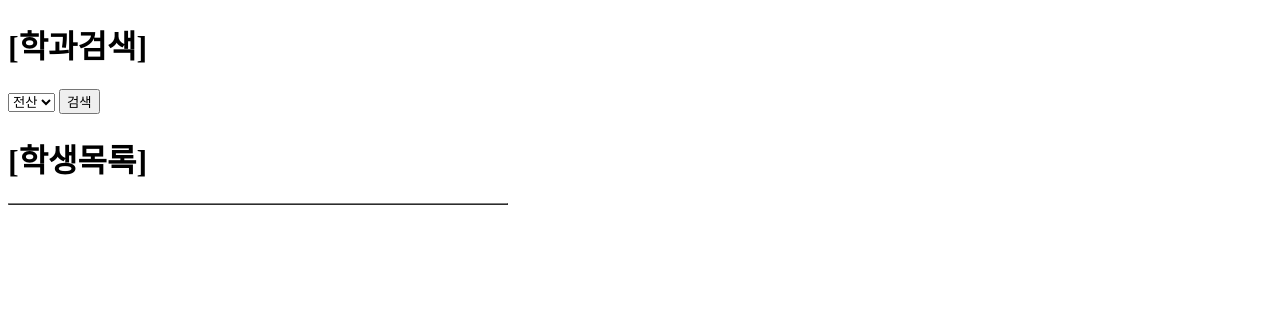
Repository: carminesteel/html
Page: 0406/ex0507/WebContent/list.html
An editor plug-in stored every save of this project. The page is shown before and after the next save, followed by the edit.
The browser window is 1280 px wide. The pictures show the whole page.
Some web libraries are served in a nearby version.

Above is the page before, as saved 2020-05-07 06:10:38.

After the next save:
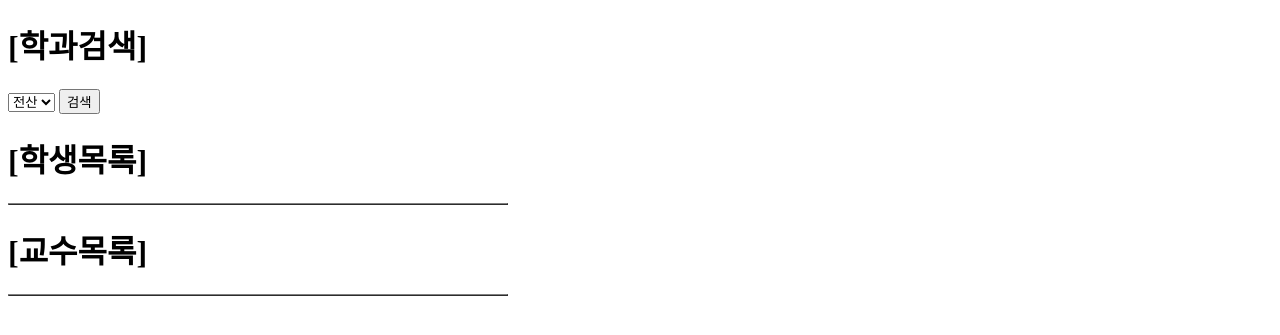
Saved 61 s later.
--- a/0406/ex0507/WebContent/list.html
+++ b/0406/ex0507/WebContent/list.html
@@ -27,6 +27,19 @@
 		</tr>
 		{{/each}}
 		</script>
+
+			<h1>[교수목록]</h1>
+		<table id="tbl" border=1 width=500></table>
+		<script id= "temp1" type = "text/x-handlebars-template">
+		{{#each pArray}}
+		<tr class = row>
+			<td class = pcode>{{pcode}}</td>
+			<td>{{pname}}</td>
+			<td>{{dept}}</td>
+			<td>{{hiredate}}</td>
+		</tr>
+		{{/each}}
+		</script>
 	</div>
 </body>
 <script>
